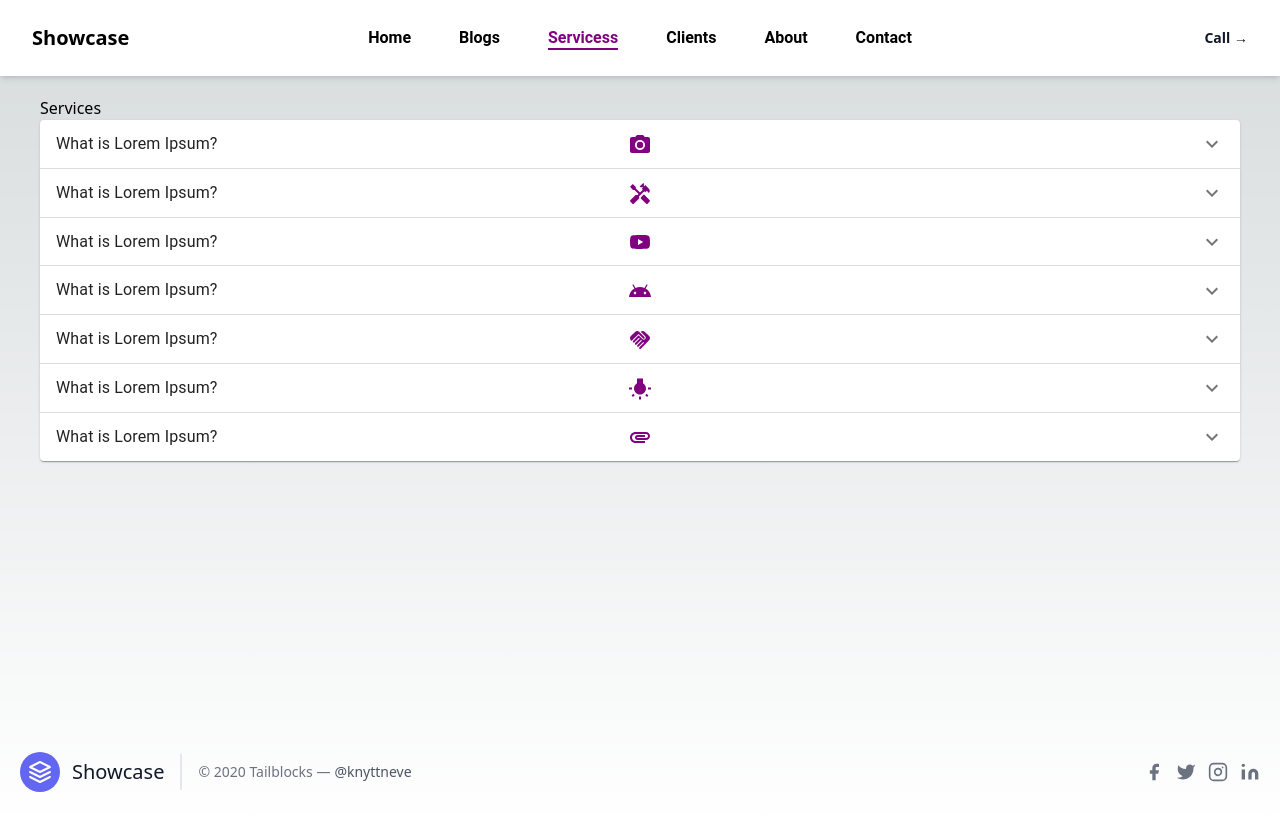
Repository: prashant523580/showcase
Page: /services
The author's editor kept a copy of each file at every save. The page is drawn from the files as they stood at one save, then again after the next save.
The browser window is 1280 px wide. The pictures show the whole page.
The project was rebuilt for these pictures with package versions that can differ from the ones it lists, and the page was loaded fresh each time. The framework's server and built-in components were replaced by stand-ins that run in the browser. Also part of the build but not shown: next.config.js.

Above is the page before, as saved 2023-03-25 18:15:43.

### src/pages/_app.tsx
import Footer from '@/components/Footer'
import Navbar from '@/components/Navbar'
import React from "react";
import '@/styles/globals.css'
import type { AppProps } from 'next/app'
import AOS from "aos";
import "aos/dist/aos.css"
export default function App({ Component, pageProps }: AppProps) {
  React.useEffect(()=>{
      AOS.init()
  },[])
  return(
<>
    <Navbar/>
    <Component {...pageProps} />
    <Footer/>
</>
    )
}

### src/pages/services.tsx
import * as React from 'react';
import Accordion from '@mui/material/Accordion';
import AccordionDetails from '@mui/material/AccordionDetails';
import AccordionSummary from '@mui/material/AccordionSummary';
import Typography from '@mui/material/Typography';
import ExpandMoreIcon from '@mui/icons-material/ExpandMore';
import CameraAltIcon from '@mui/icons-material/CameraAlt';
import YouTubeIcon from '@mui/icons-material/YouTube';
import HandymanIcon from '@mui/icons-material/Handyman';
import AndroidIcon from '@mui/icons-material/Android';
import WbIncandescentIcon from '@mui/icons-material/WbIncandescent';
import HandshakeIcon from '@mui/icons-material/Handshake';
import AttachmentIcon from '@mui/icons-material/Attachment';
import htmlParser from "react-html-parser"
const services = [
    {
        id:"1",
        label: "What is Lorem Ipsum?",
        icon: <CameraAltIcon/>,
        description:"Lorem Ipsum is simply dummy text of the printing and typesetting industry. Lorem Ipsum has been the industry&apos;s standard dummy text ever since the 1500s, when an unknown printer took a galley of type and scrambled it to make a type specimen book. It has survived not only five centuries, but also the leap into electronic typesetting, remaining essentially unchanged. It was popularised in the 1960s with the release of Letraset sheets containing Lorem Ipsum passages, and more recently with desktop publishing software like Aldus PageMaker including versions of Lorem Ipsum."
    },
    {
        id:"2",
        label: "What is Lorem Ipsum?",
        icon:<HandymanIcon/>,
        description:"Lorem Ipsum is simply dummy text of the printing and typesetting industry. Lorem Ipsum has been the industry&apos;s standard dummy text ever since the 1500s, when an unknown printer took a galley of type and scrambled it to make a type specimen book. It has survived not only five centuries, but also the leap into electronic typesetting, remaining essentially unchanged. It was popularised in the 1960s with the release of Letraset sheets containing Lorem Ipsum passages, and more recently with desktop publishing software like Aldus PageMaker including versions of Lorem Ipsum."
    },
    {
        id:"3",
        label: "What is Lorem Ipsum?",
        icon:<YouTubeIcon/>,
        description:"Lorem Ipsum is simply dummy text of the printing and typesetting industry. Lorem Ipsum has been the industry&apos;s standard dummy text ever since the 1500s, when an unknown printer took a galley of type and scrambled it to make a type specimen book. It has survived not only five centuries, but also the leap into electronic typesetting, remaining essentially unchanged. It was popularised in the 1960s with the release of Letraset sheets containing Lorem Ipsum passages, and more recently with desktop publishing software like Aldus PageMaker including versions of Lorem Ipsum."
    },
    {
        id:"4",
        label: "What is Lorem Ipsum?",
        icon:<AndroidIcon/>,
        description:"Lorem Ipsum is simply dummy text of the printing and typesetting industry. Lorem Ipsum has been the industry&apos;s standard dummy text ever since the 1500s, when an unknown printer took a galley of type and scrambled it to make a type specimen book. It has survived not only five centuries, but also the leap into electronic typesetting, remaining essentially unchanged. It was popularised in the 1960s with the release of Letraset sheets containing Lorem Ipsum passages, and more recently with desktop publishing software like Aldus PageMaker including versions of Lorem Ipsum."
    },
    {
        id:"5",
        label: "What is Lorem Ipsum?",
        icon:<HandshakeIcon/>,
        description:"Lorem Ipsum is simply dummy text of the printing and typesetting industry. Lorem Ipsum has been the industry&apos;s standard dummy text ever since the 1500s, when an unknown printer took a galley of type and scrambled it to make a type specimen book. It has survived not only five centuries, but also the leap into electronic typesetting, remaining essentially unchanged. It was popularised in the 1960s with the release of Letraset sheets containing Lorem Ipsum passages, and more recently with desktop publishing software like Aldus PageMaker including versions of Lorem Ipsum."
    },
    {
        id:"6",
        label: "What is Lorem Ipsum?",
        icon:<WbIncandescentIcon/>,
        description:"Lorem Ipsum is simply dummy text of the printing and typesetting industry. Lorem Ipsum has been the industry&apos;s standard dummy text ever since the 1500s, when an unknown printer took a galley of type and scrambled it to make a type specimen book. It has survived not only five centuries, but also the leap into electronic typesetting, remaining essentially unchanged. It was popularised in the 1960s with the release of Letraset sheets containing Lorem Ipsum passages, and more recently with desktop publishing software like Aldus PageMaker including versions of Lorem Ipsum."
    },
    {
        id:"7",
        label: "What is Lorem Ipsum?",
        icon:<AttachmentIcon/>,
        description:"Lorem Ipsum is simply dummy text of the printing and typesetting industry. Lorem Ipsum has been the industry&apos;s standard dummy text ever since the 1500s, when an unknown printer took a galley of type and scrambled it to make a type specimen book. It has survived not only five centuries, but also the leap into electronic typesetting, remaining essentially unchanged. It was popularised in the 1960s with the release of Letraset sheets containing Lorem Ipsum passages, and more recently with desktop publishing software like Aldus PageMaker including versions of Lorem Ipsum."
    },
]
export default function Sercices() {
  const [expanded, setExpanded] = React.useState<string | false>(false);

  const handleChange =
    (panel: string) => (event: React.SyntheticEvent, isExpanded: boolean) => {
      setExpanded(isExpanded ? panel : false);
    };

  return (
    <div className='py-24 px-10 h-[100vh]'>
        <h1 className='w-52'>Services</h1>
        {
            services.map((service,ind) => {
                return(

                <Accordion expanded={expanded === `panel${ind}`} onChange={handleChange(`panel${ind}`)}>
                    <AccordionSummary
                    expandIcon={<ExpandMoreIcon />}
                    aria-controls="panel1bh-content"
                    id="panel1bh-header"
                    >
                    <Typography sx={{ width: '50%', flexShrink: 0 }}>
                        {service.label}
                    </Typography>
                    <Typography sx={{ color: 'purple' }}>{service.icon}</Typography>
                    </AccordionSummary>
                    <AccordionDetails>
                    <Typography>
                       {htmlParser(service.description)}
                    </Typography>
                    </AccordionDetails>
                </Accordion>
                )
            })
        }

    </div>
  );
}

### src/components/Footer.tsx
import React from 'react'

export default function Footer() {
  return (
    <footer className="text-gray-600 body-font">
  <div className="container px-5 py-8 mx-auto flex items-center sm:flex-row flex-col">
    <a className="flex title-font font-medium items-center md:justify-start justify-center text-gray-900">
      <svg xmlns="http://www.w3.org/2000/svg" fill="none" stroke="currentColor" stroke-linecap="round" stroke-linejoin="round" stroke-width="2" className="w-10 h-10 text-white p-2 bg-indigo-500 rounded-full" viewBox="0 0 24 24">
        <path d="M12 2L2 7l10 5 10-5-10-5zM2 17l10 5 10-5M2 12l10 5 10-5"></path>
      </svg>
      <span className="ml-3 text-xl">Showcase</span>
    </a>
    <p className="text-sm text-gray-500 sm:ml-4 sm:pl-4 sm:border-l-2 sm:border-gray-200 sm:py-2 sm:mt-0 mt-4">© 2020 Tailblocks —
      <a href="https://twitter.com/knyttneve" className="text-gray-600 ml-1" rel="noopener noreferrer" target="_blank">@knyttneve</a>
    </p>
    <span className="inline-flex sm:ml-auto sm:mt-0 mt-4 justify-center sm:justify-start">
      <a className="text-gray-500">
        <svg fill="currentColor" stroke-linecap="round" stroke-linejoin="round" stroke-width="2" className="w-5 h-5" viewBox="0 0 24 24">
          <path d="M18 2h-3a5 5 0 00-5 5v3H7v4h3v8h4v-8h3l1-4h-4V7a1 1 0 011-1h3z"></path>
        </svg>
      </a>
      <a className="ml-3 text-gray-500">
        <svg fill="currentColor" stroke-linecap="round" stroke-linejoin="round" stroke-width="2" className="w-5 h-5" viewBox="0 0 24 24">
          <path d="M23 3a10.9 10.9 0 01-3.14 1.53 4.48 4.48 0 00-7.86 3v1A10.66 10.66 0 013 4s-4 9 5 13a11.64 11.64 0 01-7 2c9 5 20 0 20-11.5a4.5 4.5 0 00-.08-.83A7.72 7.72 0 0023 3z"></path>
        </svg>
      </a>
      <a className="ml-3 text-gray-500">
        <svg fill="none" stroke="currentColor" stroke-linecap="round" stroke-linejoin="round" stroke-width="2" className="w-5 h-5" viewBox="0 0 24 24">
          <rect width="20" height="20" x="2" y="2" rx="5" ry="5"></rect>
          <path d="M16 11.37A4 4 0 1112.63 8 4 4 0 0116 11.37zm1.5-4.87h.01"></path>
        </svg>
      </a>
      <a className="ml-3 text-gray-500">
        <svg fill="currentColor" stroke="currentColor" stroke-linecap="round" stroke-linejoin="round" stroke-width="0" className="w-5 h-5" viewBox="0 0 24 24">
          <path stroke="none" d="M16 8a6 6 0 016 6v7h-4v-7a2 2 0 00-2-2 2 2 0 00-2 2v7h-4v-7a6 6 0 016-6zM2 9h4v12H2z"></path>
          <circle cx="4" cy="4" r="2" stroke="none"></circle>
        </svg>
      </a>
    </span>
  </div>
</footer>
  )
}

### src/components/Navbar.tsx
// import React from 'react'

// export default function Navbar() {
//   return (
//     <header className="text-gray-600 body-font">
//   <div className="container mx-auto flex flex-wrap p-5 flex-col md:flex-row items-center">
//     <nav className="flex lg:w-2/5 flex-wrap items-center text-base md:ml-auto">
//       <a className="mr-5 hover:text-gray-900">First Link</a>
//       <a className="mr-5 hover:text-gray-900">Second Link</a>
//       <a className="mr-5 hover:text-gray-900">Third Link</a>
//       <a className="hover:text-gray-900">Fourth Link</a>
//     </nav>
//     <a className="flex order-first lg:order-none lg:w-1/5 title-font font-medium items-center text-gray-900 lg:items-center lg:justify-center mb-4 md:mb-0">
//       <svg xmlns="http://www.w3.org/2000/svg" fill="none" stroke="currentColor" stroke-linecap="round" stroke-linejoin="round" stroke-width="2" className="w-10 h-10 text-white p-2 bg-indigo-500 rounded-full" viewBox="0 0 24 24">
//         <path d="M12 2L2 7l10 5 10-5-10-5zM2 17l10 5 10-5M2 12l10 5 10-5"></path>
//       </svg>
//       <span className="ml-3 text-xl">Tailblocks</span>
//     </a>
//     <div className="lg:w-2/5 inline-flex lg:justify-end ml-5 lg:ml-0">
//       <button className="inline-flex items-center bg-gray-100 border-0 py-1 px-3 focus:outline-none hover:bg-gray-200 rounded text-base mt-4 md:mt-0">Button
//         <svg fill="none" stroke="currentColor" stroke-linecap="round" stroke-linejoin="round" stroke-width="2" className="w-4 h-4 ml-1" viewBox="0 0 24 24">
//           <path d="M5 12h14M12 5l7 7-7 7"></path>
//         </svg>
//       </button>
//     </div>
//   </div>
// </header>
//   )
// }
import React, { useState } from 'react'
import {useRouter} from "next/router"
import { Dialog } from '@headlessui/react'
import { Bars3Icon, XMarkIcon } from '@heroicons/react/24/outline'
import Link from 'next/link'

const navigation = [
  { name: 'Home', href: '/' },
  { name: 'Blogs', href: '/blogs' },
  { name: 'Servicess', href: '/services' },
  { name: 'Clients', href: '/clients' },
  { name: 'About', href: '/about' },
  { name: 'Contact', href: '/contact' },
]
function ActiveLink({ children, href } : any) {
  const router = useRouter();
  const style = {
      // padding: 10,
    // marginRight: 10,
    fontWeight:"bold",
    color: router.asPath === href ? 'purple' : 'black',
    boxShadow:  router.asPath === href ? "inset 0 -2px 0 0 purple" : "none",
    fontFamily: "'Roboto', sans-serif",
  }

  const handleClick = (e : any) => {
    e.preventDefault()
    router.push(href)
  }

  return (
    <a href={href} onClick={handleClick} style={style}>
      {children}
    </a>
  )
}
export default function Example() {
  const [mobileMenuOpen, setMobileMenuOpen] = useState(false)

  return (
    <div className="bg-white">
      <header className="absolute shadow-md bg-white inset-x-0 top-0 z-50">
        <nav className="flex items-center justify-between p-6 lg:px-8" aria-label="Global">
          <div className="flex lg:flex-1">
            <Link href="/" className="-m-1.5 p-1.5">
              <span className="sr-only">Showcase</span>
              {/* <img
                className="h-8 w-auto"
                src="https://tailwindui.com/img/logos/mark.svg?color=indigo&shade=600"
                alt=""
              /> */}
              <h1 className='font-bold text-xl'>Showcase</h1>
            </Link>
          </div>
          <div className="flex lg:hidden">
            <button
              type="button"
              className="-m-2.5 inline-flex items-center justify-center rounded-md p-2.5 text-gray-700"
              onClick={() => setMobileMenuOpen(true)}
            >
              <span className="sr-only">Open main menu</span>
              <Bars3Icon className="h-6 w-6" aria-hidden="true" />
            </button>
          </div>
          <div className="hidden lg:flex lg:gap-x-12">
            {navigation.map((item) => (
              <ActiveLink key={item.name} href={item.href}>
                {item.name}
              </ActiveLink>
            ))}
          </div>
          <div className="hidden lg:flex lg:flex-1 lg:justify-end">
            <Link href="tel:+9779816514719" className="text-sm font-semibold leading-6 text-gray-900">
              Call <span aria-hidden="true">&rarr;</span>
            </Link>
          </div>
        </nav>
        <Dialog as="div" className="lg:hidden transition-all" open={mobileMenuOpen} onClose={setMobileMenuOpen}>
          <div className="fixed inset-0 z-50  transition-all" />
          <Dialog.Panel className="fixed transition-all inset-y-0 right-0 z-50 w-full overflow-y-auto bg-white px-6 py-6 sm:max-w-sm sm:ring-1 sm:ring-gray-900/10">
            <div className="flex items-center justify-between">
              <Link href="#" className="-m-1.5 p-1.5">
                <span className="sr-only">Showcase</span>
                <img
                  className="h-8 w-auto"
                  src="https://tailwindui.com/img/logos/mark.svg?color=indigo&shade=600"
                  alt=""
                />
              </Link>
              <button
                type="button"
                className="-m-2.5 rounded-md p-2.5 text-gray-700"
                onClick={() => setMobileMenuOpen(false)}
              >
                <span className="sr-only">Close menu</span>
                <XMarkIcon className="h-6 w-6" aria-hidden="true" />
              </button>
            </div>
            <div className="mt-6 flow-root">
              <div className="-my-6 divide-y divide-gray-500/10">
                <div className="space-y-2 py-6">
                  {navigation.map((item) => (
                    <Link
                      key={item.name}
                      href={item.href}
                      className="-mx-3 block rounded-lg py-2 px-3 text-base font-semibold leading-7 text-gray-900 hover:bg-gray-50"
                    >
                      {item.name}
                    </Link>
                  ))}
                </div>
                <div className="py-6">
                  <Link
                    href="#"
                    className="-mx-3 block rounded-lg py-2.5 px-3 text-base font-semibold leading-7 text-gray-900 hover:bg-gray-50"
                  >
                    Log in
                  </Link>
                </div>
              </div>
            </div>
          </Dialog.Panel>
        </Dialog>
      </header>


    </div>
  )
}

### src/styles/globals.css
@tailwind base;
@tailwind components;
@tailwind utilities;
@import url('https://fonts.googleapis.com/css2?family=Aclonica&family=Caveat&family=DM+Serif+Text&family=Oswald&family=Roboto&family=Vollkorn&display=swap');

:root {
  --max-width: 1100px;
  --border-radius: 12px;
  --font-mono: ui-monospace, Menlo, Monaco, 'Cascadia Mono', 'Segoe UI Mono',
    'Roboto Mono', 'Oxygen Mono', 'Ubuntu Monospace', 'Source Code Pro',
    'Fira Mono', 'Droid Sans Mono', 'Courier New', monospace;

  --foreground-rgb: 0, 0, 0;
  --background-start-rgb: 214, 219, 220;
  --background-end-rgb: 255, 255, 255;

  --primary-glow: conic-gradient(
    from 180deg at 50% 50%,
    #16abff33 0deg,
    #0885ff33 55deg,
    #54d6ff33 120deg,
    #0071ff33 160deg,
    transparent 360deg
  );
  --secondary-glow: radial-gradient(
    rgba(255, 255, 255, 1),
    rgba(255, 255, 255, 0)
  );

  --tile-start-rgb: 239, 245, 249;
  --tile-end-rgb: 228, 232, 233;
  --tile-border: conic-gradient(
    #00000080,
    #00000040,
    #00000030,
    #00000020,
    #00000010,
    #00000010,
    #00000080
  );

  --callout-rgb: 238, 240, 241;
  --callout-border-rgb: 172, 175, 176;
  --card-rgb: 180, 185, 188;
  --card-border-rgb: 131, 134, 135;
}

@media (prefers-color-scheme: dark) {
  :root {
    --foreground-rgb: 255, 255, 255;
    --background-start-rgb: 0, 0, 0;
    --background-end-rgb: 0, 0, 0;

    --primary-glow: radial-gradient(rgba(1, 65, 255, 0.4), rgba(1, 65, 255, 0));
    --secondary-glow: linear-gradient(
      to bottom right,
      rgba(1, 65, 255, 0),
      rgba(1, 65, 255, 0),
      rgba(1, 65, 255, 0.3)
    );

    --tile-start-rgb: 2, 13, 46;
    --tile-end-rgb: 2, 5, 19;
    --tile-border: conic-gradient(
      #ffffff80,
      #ffffff40,
      #ffffff30,
      #ffffff20,
      #ffffff10,
      #ffffff10,
      #ffffff80
    );

    --callout-rgb: 20, 20, 20;
    --callout-border-rgb: 108, 108, 108;
    --card-rgb: 100, 100, 100;
    --card-border-rgb: 200, 200, 200;
  }
}

* {
  box-sizing: border-box;
  padding: 0;
  margin: 0;
}

html,
body {
  max-width: 100vw;
  overflow-x: hidden;

}

body {
  color: rgb(var(--foreground-rgb));
  background: linear-gradient(
      to bottom,
      transparent,
      rgb(var(--background-end-rgb))
    )
    rgb(var(--background-start-rgb));
      /*
    font-family: 'Vollkorn', serif;
    font-family: 'Oswald', sans-serif;
    font-family: 'Aclonica', sans-serif;
    font-family: 'Caveat', cursive;
    font-family: 'DM Serif Text', serif;
    font-family: 'Roboto', sans-serif;
    */
}

a {
  color: inherit;
  text-decoration: none;
}

@media (prefers-color-scheme: dark) {
  html {
    color-scheme: dark;
  }
}

Loaded but not shown: src/pages/_document.tsx (common file); tailwind.config.js (common file)

After the next save:
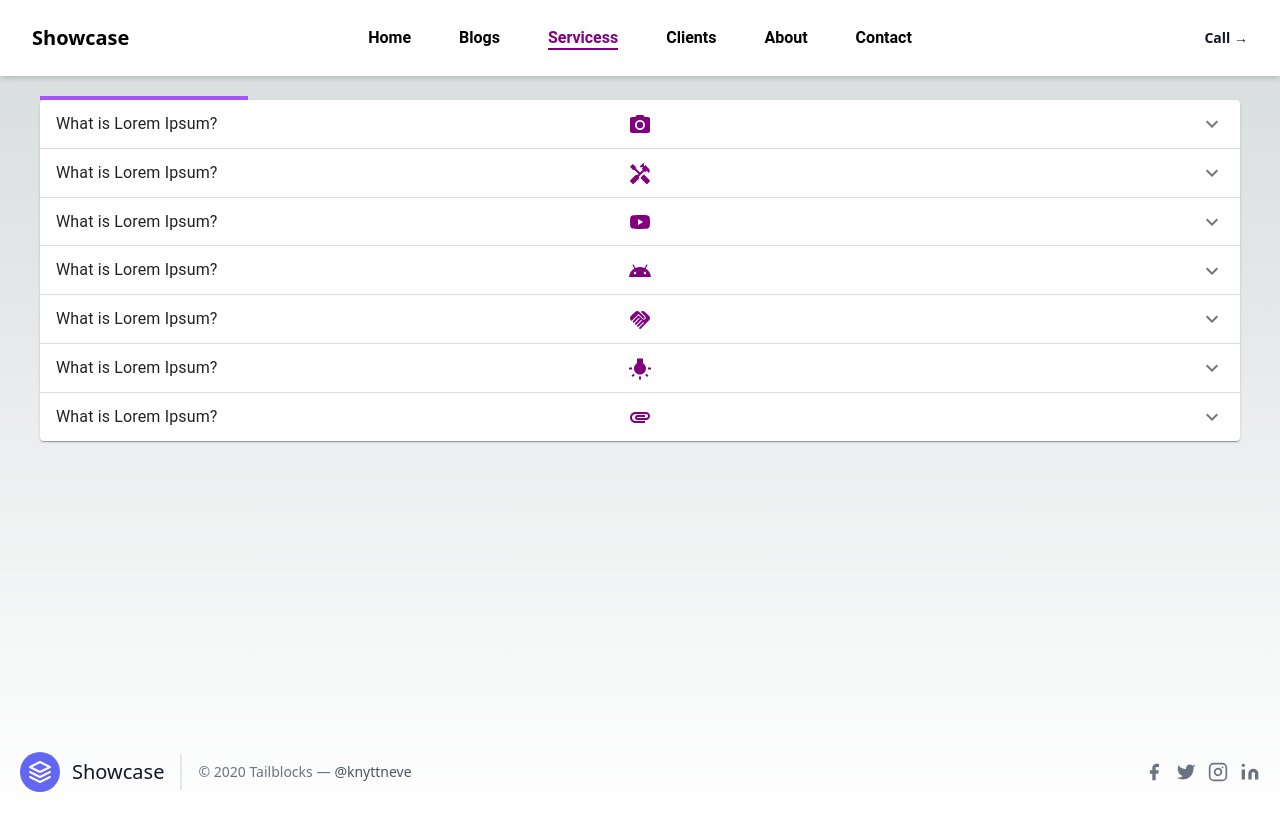
Saved 12 s later.
--- a/src/pages/services.tsx
+++ b/src/pages/services.tsx
@@ -66,7 +66,7 @@ export default function Sercices() {
 
   return (
     <div className='py-24 px-10 h-[100vh]'>
-        <h1 className='w-52'>Services</h1>
+        <h1 className='w-52 h-1 bg-purple-500'>Services</h1>
         {
             services.map((service,ind) => {
                 return(
